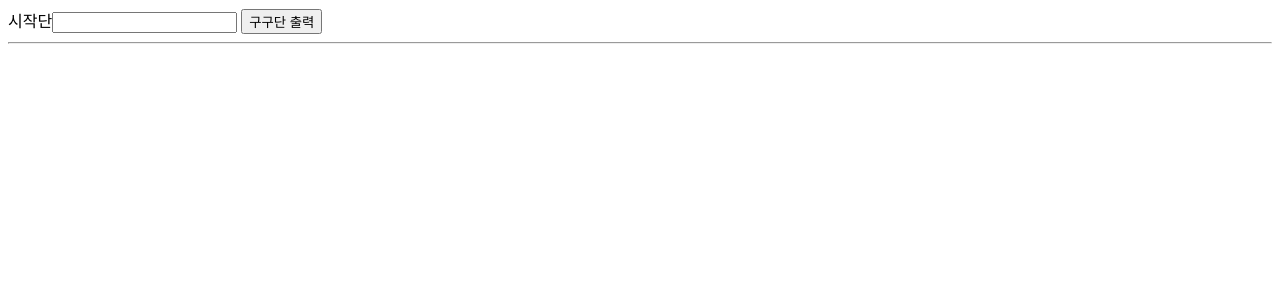
Repository: popconnect/jQuery
Page: http://localhost/jqueryEx01/gugudan.jsp
The author's editor kept a copy of each file at every save. The page is drawn from the files as they stood at one save, then again after the next save.
The browser window is 1280 px wide. The pictures show the whole page.
The page is served by Tomcat 9.

Above is the page before, as saved 2023-05-16 02:27:31.
Console error: TypeError: Cannot set properties of null (setting 'onclick')

After the next save:
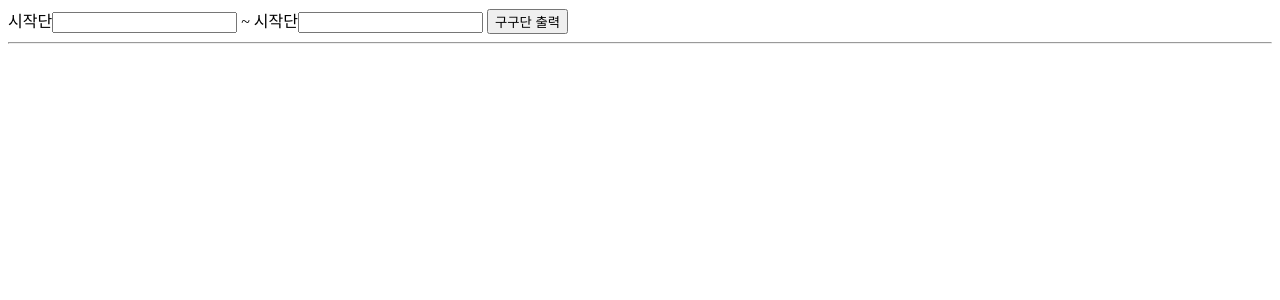
Saved 11 s later.
--- a/jqueryEx01/src/main/webapp/gugudan.jsp
+++ b/jqueryEx01/src/main/webapp/gugudan.jsp
@@ -20,6 +20,8 @@
 </head>
 <body>
 시작단<input type='text' id='startdan' />
+~
+시작단<input type='text' id='enddan' />
 <button id='btn'>구구단 출력</button>
 <br><hr><br>
 <div id='result'></div>
